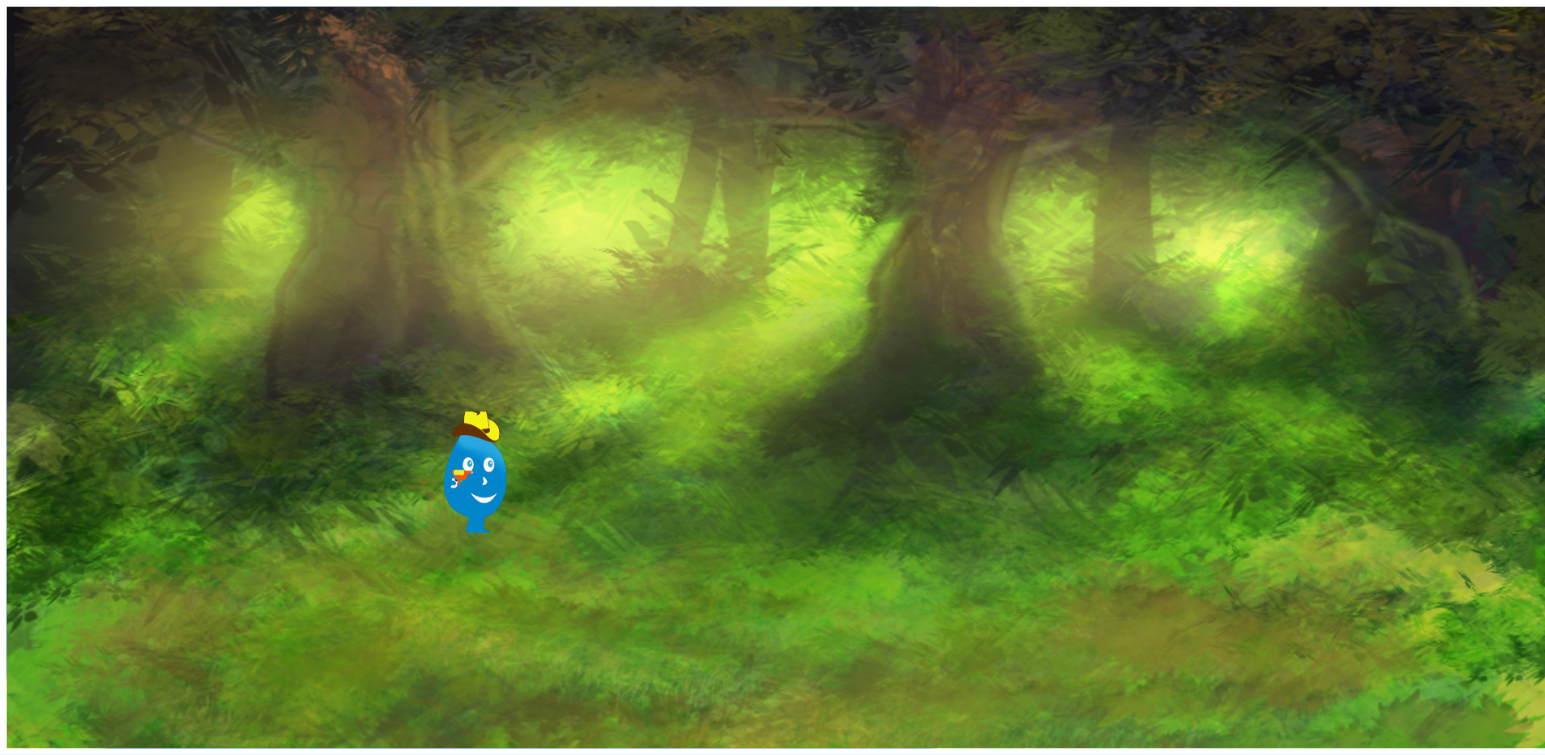
Repository: adte01234/stopTheFireGame
Page: Game.html
The author's editor kept a record of every edit. The page is drawn from the files as they stood at one moment, then again after the next edit.
The browser window is 1280 px wide. The page is 1908 px wide, so the pictures cover 1908 px, including what lies to the right of the window. The pictures show the whole page, at 81% of full size.

Above is the page before.
Console error: ReferenceError: speedMobsKilled is not defined

After the next edit:
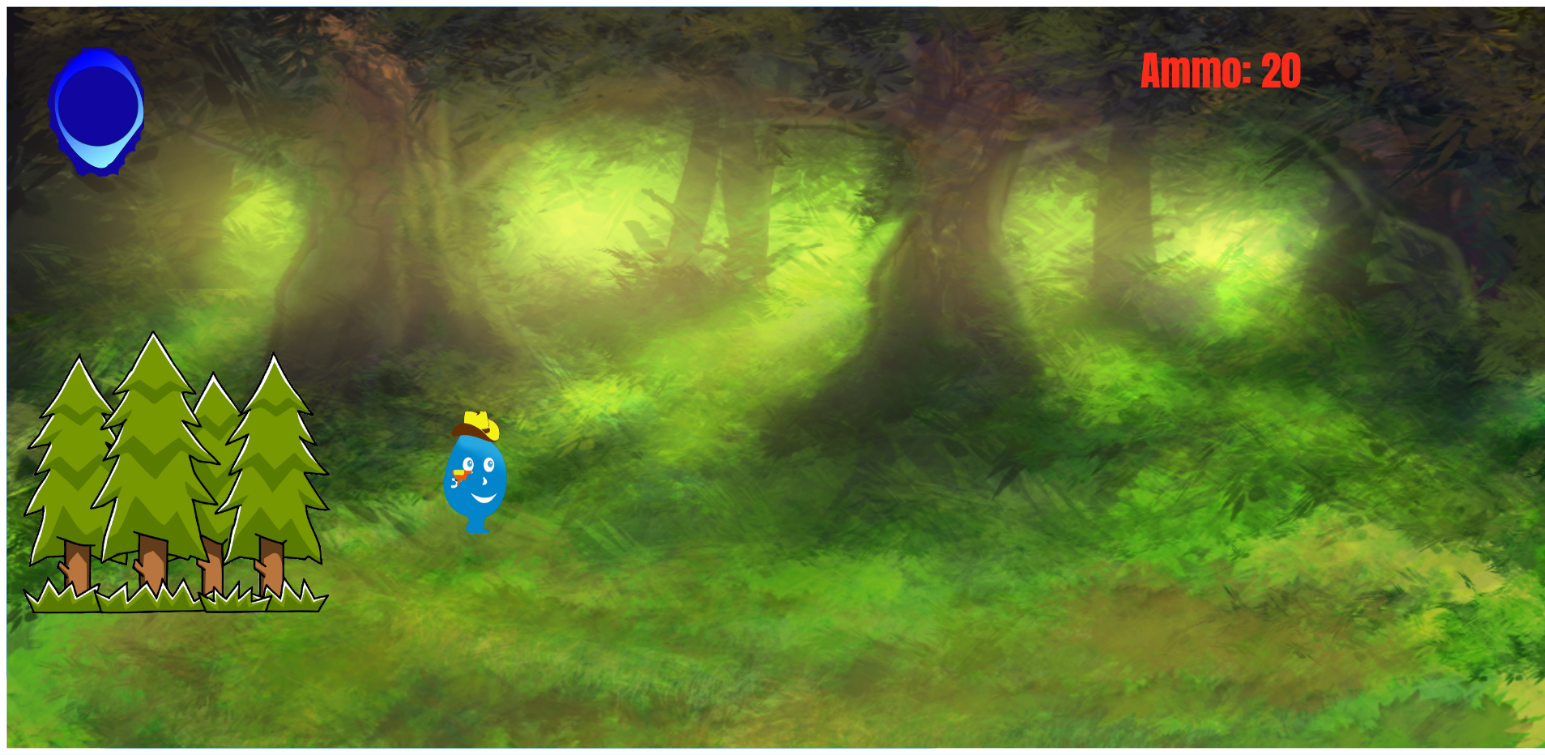
The error is gone.
The edit:
--- a/speedMobs.js
+++ b/speedMobs.js
@@ -1,18 +1,20 @@
 
 var speedMobRandomYPos;
 
-var newspeedFireMobValue = 0;
+var newSpeedFireMobValue = 0;
 var randomnizer2;
 var speedFireMobArray = [];
 
 var speedFireMobValue = 0;
 var speedFireMobSpawnRate = 3000;
 var speedFireMobMovementSpeed = 10;
-var speedRate = 50;
-var speedMobLife = 1;
+var speedRate = 1;
+var speedMobLife = 10;
+var speedMobsKilled = 0;
+var speedMobSpeed = 5;
 
 
-function newspeedFireMob() {
+function newSpeedFireMob() {
    randomnizer2 = Math.floor(Math.random()*3);
    if (randomnizer2 == 0)
       speedMobRandomYPos = 400;
@@ -26,31 +28,29 @@
 
 
 
-function movespeedMob() {
+function moveSpeedMob() {
    for (var i = 0; i < speedFireMobArray.length; i++) {
-      speedFireMobArray[i].mobXPos -= 1;
+      speedFireMobArray[i].mobXPos -= speedMobSpeed;
    }
 
    if (mobsKilled >= speedRate)
    {
-      newspeedFireMob();
+      newSpeedFireMob();
       speedFireMobValue -= speedFireMobSpawnRate;
-      speedRate+=25;
+	  speedRate += 1;
    }
-
-   speedFireMobValue += 1;
-}
+ }
 
 
-setInterval(movespeedMob, speedFireMobMovementSpeed);
+setInterval(moveSpeedMob, speedFireMobMovementSpeed);
 
 
 for (var i = 0; i<75 ; i++)
 {
-   var sourceStringspeed = "Images/speedFireMob/frame_" + i + "_delay-0.02s.gif";
+   var sourceStringSpeed = "Images/speedFireMob/frame_" + i + "_delay-0.02s.gif";
 
     window['speedMob' + i] = document.createElement('img');
-    window['speedMob' + i].src = sourceStringspeed;
+    window['speedMob' + i].src = sourceStringSpeed;
 }
 
 
@@ -67,7 +67,7 @@
             speedTempFrameString = ("speedMob" + speedFireMobArray[i].mobFrame);
 
             speedFrameString = window[speedTempFrameString];
-            ctx.drawImage(speedFrameString, speedFireMobArray[i].mobXPos, speedFireMobArray[i].mobYPos-50, 250, 250);
+            ctx.drawImage(speedFrameString, speedFireMobArray[i].mobXPos, speedFireMobArray[i].mobYPos, 125, 125);
 
             speedFireMobArray[i].mobFrame = 1 + speedFireMobArray[i].mobFrame;
 
